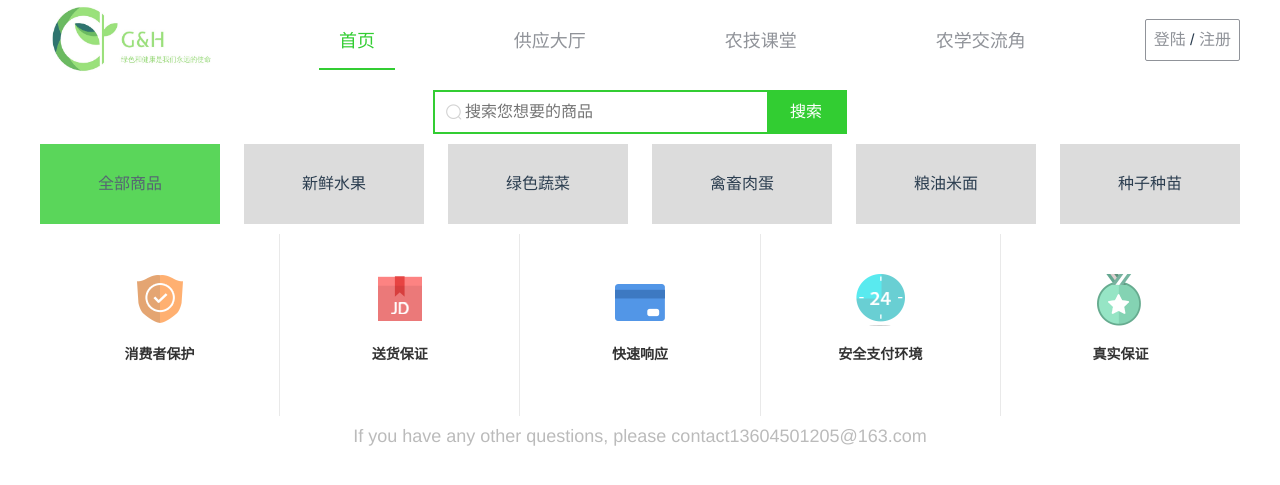
Repository: Miraitowa007/neau
Page: /sale
The author's editor kept a copy of each file at every save. The page is drawn from the files as they stood at one save, then again after the next save.
The browser window is 1280 px wide. The pictures show the whole page.
The page's requests for data from a server got no answer. The project was rebuilt for these pictures with package versions that can differ from the ones it lists, and the page was loaded fresh each time. No one was signed in, and anything a server would have sent is missing. Also part of the build but not shown: vue.config.js, src/views/home/index.vue, src/views/login/index.vue, src/views/communication/index.vue, src/views/class/index.vue.

Above is the page before, as saved 2021-04-29 10:11:35.

After the next save:
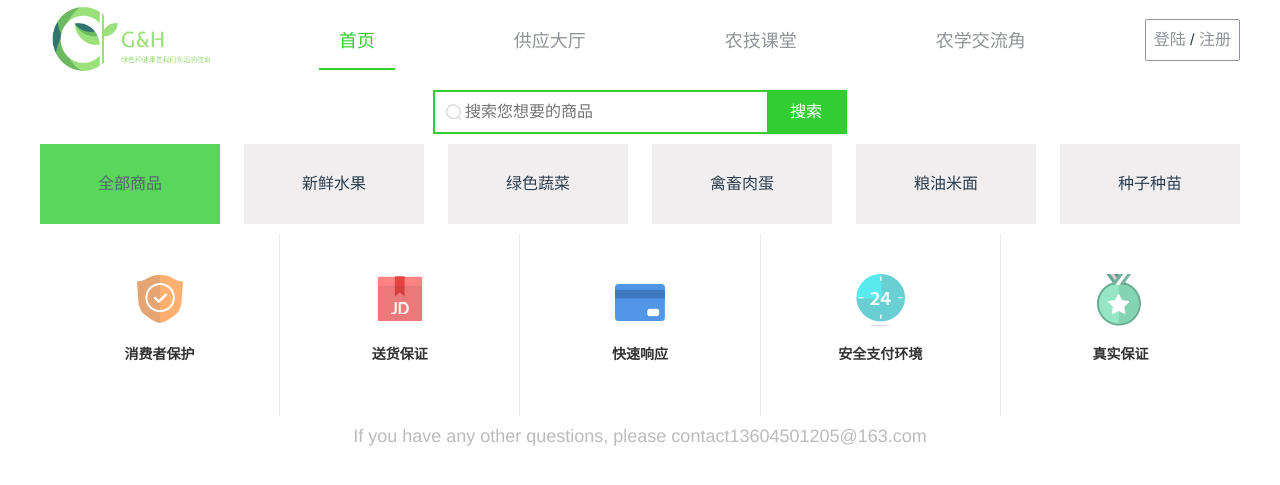
Saved 46 s later.
--- a/src/views/sale/index.vue
+++ b/src/views/sale/index.vue
@@ -99,12 +99,12 @@
             .block{
                 width: 180px;
                 height: 80px;
-                background:#DCDCDC;
+                background:	#f0eeee;
                 cursor: pointer;
                 text-align: center;
                 line-height: 80px;
                 &:hover{
-                    background: #D3D3D3;
+                    background: #cfcece;
                 }
             }
             .active{
